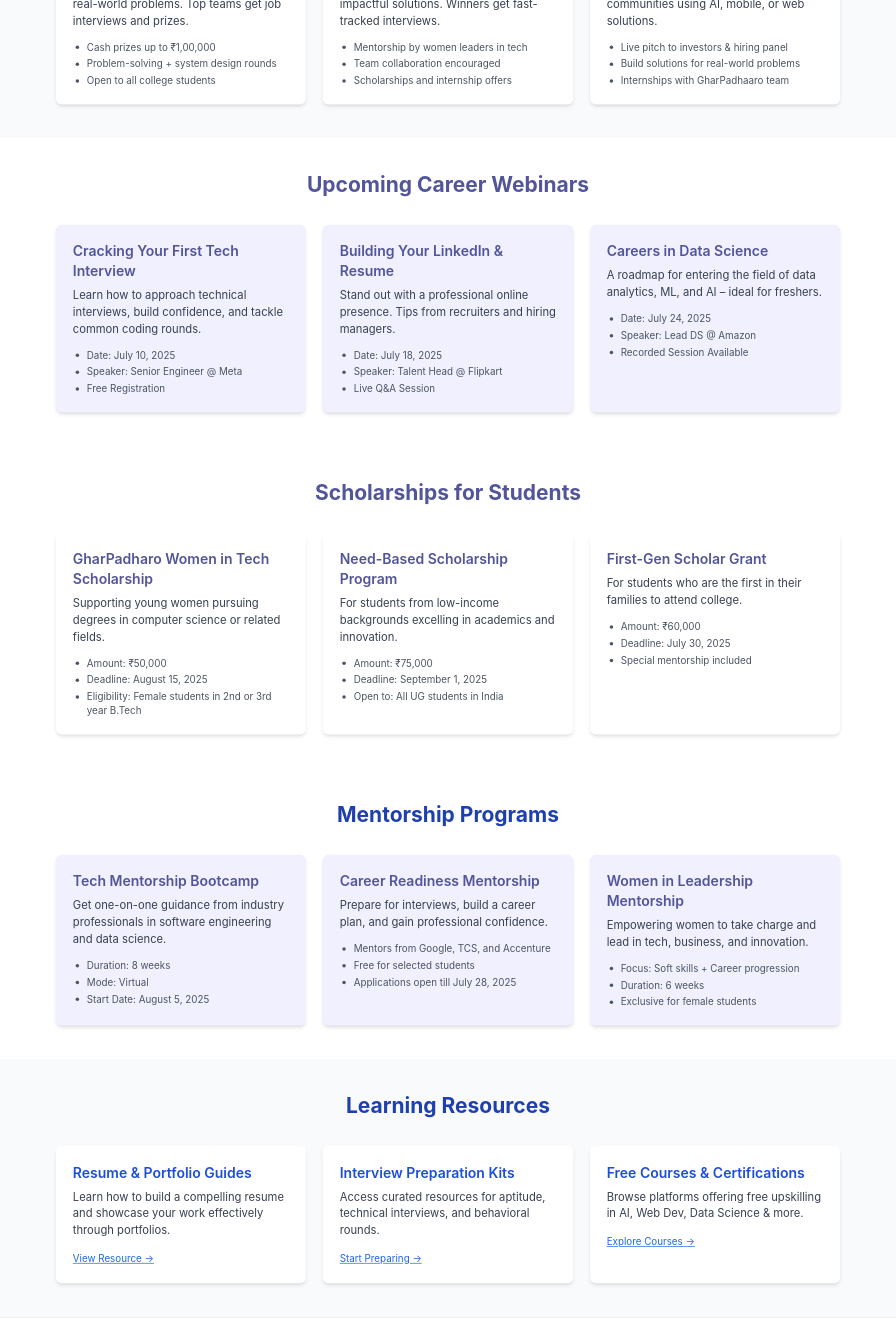
Repository: Siddharthkothiyal/GharPadhaaroCareerWebsite
Page: /#/students
These files come from the project's save history. The page is drawn as it stood at one moment and after the next save; the edit follows.
The browser window is 1280 px wide. The pictures show the part of the page from y = 3173 to 5093 px (the page is 5581 px tall before and 5965 px after), at 70% of full size.
The project was rebuilt for these pictures with package versions that can differ from the ones it lists, and the page was loaded fresh each time. Also part of the build but not shown: src/components/CareerPortal/JobListing/JobListings.css, src/components/CareerPortal/JobListing/JobListings.js, src/components/CareerPortal/Header.css, src/components/CareerPortal/ResumeUpload.css, src/components/CareerPortal/ResumeUpload.js, src/components/CareerPortal/Header.js, src/components/CareerPortal/JobListing/JobSearch.css, src/components/CareerPortal/JobListing/JobSearch.js and 10 more.

Above is the page before, as saved 2025-06-21 22:22:29.

### public/index.html
<!DOCTYPE html>
<html lang="en">

<head>
  <meta charset="utf-8" />
  <link rel="icon" href="%PUBLIC_URL%/favicon.ico" />
  <meta name="viewport" content="width=device-width, initial-scale=1" />
  <meta name="theme-color" content="#000000" />
  <meta name="description" content="GharPadharo - Find your perfect stay" />

  <!-- Font Awesome CDN (latest) -->
  <link rel="stylesheet" href="https://cdnjs.cloudflare.com/ajax/libs/font-awesome/6.5.2/css/all.min.css"
    integrity="sha512-SnH5WK+bZxgPHs44uWIX+LLJAJ9/2PkPKZ5QiAj6Ta86w+fsb2TkcmfRyVX3pBnMFcV7oQPJkl9QevSCWr3W6A=="
    crossorigin="anonymous" referrerpolicy="no-referrer" />

  <link rel="apple-touch-icon" href="%PUBLIC_URL%/logo192.png" />
  <title>GharPadharo</title>
</head>

<body>
  <noscript>You need to enable JavaScript to run this app.</noscript>
  <div id="root"></div>
  <!--
      This HTML file is a template.
      If you open it directly in the browser, you will see an empty page.

      You can add webfonts, meta tags, or analytics to this file.
      The build step will place the bundled scripts into the <body> tag.

      To begin the development, run `npm start` or `yarn start`.
      To create a production bundle, use `npm run build` or `yarn build`.
    -->
</body>

</html>

### src/index.css
@tailwind base;
@tailwind components;
@tailwind utilities;

/* You can keep your custom CSS below if needed */

body {
  margin: 0;
  font-family: -apple-system, BlinkMacSystemFont, 'Segoe UI', 'Roboto', 'Oxygen',
    'Ubuntu', 'Cantarell', 'Fira Sans', 'Droid Sans', 'Helvetica Neue',
    sans-serif;
  -webkit-font-smoothing: antialiased;
  -moz-osx-font-smoothing: grayscale;
}

code {
  font-family: source-code-pro, Menlo, Monaco, Consolas, 'Courier New',
    monospace;
}

### src/components/CareerPortal/CareerPortal.css
/* GharPadharo Career Portal Styles */
:root {
  --gharpadhaaro-blue: #0866ff;
  --gharpadhaaro-blue-dark: #0756d6;
  --gharpadhaaro-gray: #f0f2f5;
  --gharpadhaaro-text: #1c1e21;
  --gharpadhaaro-text-secondary: #65676b;
  --gharpadhaaro-white: #ffffff;
  --gharpadhaaro-border: #dadde1;
  --gharpadhaaro-success: #42b72a;
  --gharpadhaaro-error: #fa383e;
  --gharpadhaaro-shadow: rgba(0, 0, 0, 0.1);
  --gharpadhaaro-radius: 8px;
  --gharpadhaaro-transition: all 0.2s ease;
}

/* Global Styles */
.career-portal {
  font-family: 'Optimistic Display', -apple-system, BlinkMacSystemFont, 'Segoe UI', Roboto, Oxygen, Ubuntu, Cantarell, 'Open Sans', 'Helvetica Neue', sans-serif;
  color: var(--gharpadhaaro-text);
  line-height: 1.5;
  background-color: var(--gharpadhaaro-white);
}

.container {
  max-width: 1200px;
  margin: 0 auto;
  padding: 0 24px;
}

/* Hero Section */
.hero-section {
  background: linear-gradient(135deg, #0866ff 0%, #535699 100%);
  color: var(--meta-white);
  padding: 100px 0;
  text-align: center;
}

.hero-content {
  max-width: 800px;
  margin: 0 auto;
  padding: 0 24px;
}

.hero-content h1 {
  font-size: 48px;
  font-weight: 700;
  margin-bottom: 24px;
  line-height: 1.2;
}

.hero-content p {
  color: black;
  font-size: 20px;
  margin-bottom: 40px;
  margin-left: 70px;

}

/* Job Search Section */
.job-search-section {
  padding: 60px 0;
  background-color: var(--meta-white);
}

.filters-and-results {
  display: grid;
  grid-template-columns: 300px 1fr;
  gap: 30px;
}

/* Featured Teams Section */
.featured-teams-section {
  padding: 80px 0;
  background-color: var(--meta-gray);
}

.featured-teams-section h2 {
  font-size: 36px;
  font-weight: 700;
  margin-bottom: 16px;
  text-align: center;
}

.featured-teams-section p {
  font-size: 18px;
  color: var(--meta-text-secondary);
  max-width: 700px;
  margin: 0 auto 40px;
  text-align: center;
}

/* Buttons */
.btn {
  display: inline-flex;
  align-items: center;
  justify-content: center;
  padding: 12px 24px;
  border-radius: 0px;
  font-weight: 600;
  font-size: 16px;
  cursor: pointer;
  transition: var(--meta-transition);
  border: none;
}

.btn-primary {
  background-color: var(--meta-blue);
  color: var(--meta-white);
}

.btn-primary:hover {
  background-color: var(--meta-blue-dark);
}

.btn-secondary {
  background-color: var(--meta-gray);
  color: var(--meta-text);
  margin-left: 50px;
}

.btn-secondary:hover {
  background-color: #e4e6eb;
}

/* Form Elements */
.input-group {
  position: relative;
  margin-bottom: 16px;
}

.input-field {
  width: 100%;
  padding: 14px 16px;
  border-radius: var(--meta-radius);
  border: 1px solid var(--meta-border);
  font-size: 16px;
  transition: var(--meta-transition);
}

.input-field:focus {
  border-color: var(--meta-blue);
  outline: none;
  box-shadow: 0 0 0 2px rgba(8, 102, 255, 0.2);
}

/* Responsive */
@media (max-width: 992px) {
  .filters-and-results {
    grid-template-columns: 1fr;
  }

  .hero-content h1 {
    font-size: 36px;
  }

  .hero-content p {
    font-size: 18px;
  }
}

@media (max-width: 576px) {
  .hero-content h1 {
    font-size: 28px;
  }

  .hero-content p {
    font-size: 16px;
  }

  .featured-teams-section h2 {
    font-size: 28px;
  }
}

### src/components/Auth/Auth.css
/* Auth.css - Styles for Login and Signup components */

:root {
  --primary-color: #535699; /* GharPadharo blue */
  --secondary-color: #42B72A; /* GharPadharo green */
  --text-color: #1C1E21;
  --light-text: #606770;
  --error-color: #FA383E;
  --border-color: #DADDE1;
  --background-color: #F0F2F5;
  --card-background: #FFFFFF;
  --hover-color: #E7F3FF;
  --focus-shadow: 0 0 0 2px rgba(83, 86, 153, 0.2);
}

/* Auth Container */
.auth-container {
  display: flex;
  justify-content: center;
  align-items: center;
  min-height: 100vh;
  background-color: var(--background-color);
  padding: 20px;
}

/* Auth Card */
.auth-card {
  background-color: var(--card-background);
  border-radius: 8px;
  box-shadow: 0 2px 4px rgba(0, 0, 0, 0.1), 0 8px 16px rgba(0, 0, 0, 0.1);
  width: 100%;
  max-width: 400px;
  padding: 20px;
}

/* Auth Header */
.auth-header {
  text-align: center;
  margin-bottom: 20px;
}

.auth-logo {
  width: 40px;
  height: 40px;
  margin-bottom: 10px;
}

.auth-header h2 {
  font-size: 24px;
  font-weight: 600;
  color: var(--text-color);
  margin: 0;
}

.gharpadharo-logo{
  width: 60px;
  height: 60px;
}

/* Auth Form */
.auth-form {
  display: flex;
  flex-direction: column;
  gap: 16px;
}

.form-group {
  display: flex;
  flex-direction: column;
}

.form-group label {
  font-size: 14px;
  font-weight: 500;
  margin-bottom: 6px;
  color: var(--text-color);
}

.form-group input {
  padding: 12px 14px;
  border: 1px solid var(--border-color);
  border-radius: 6px;
  font-size: 16px;
  transition: border-color 0.2s, box-shadow 0.2s;
}

.form-group input:focus {
  outline: none;
  border-color: #535699;
  box-shadow: var(--focus-shadow);
}

.form-group input.error {
  border-color: var(--error-color);
}

.error-message {
  color: var(--error-color);
  font-size: 12px;
  margin-top: 4px;
}

/* Terms and Privacy */
.terms-privacy {
  font-size: 12px;
  color: 535699;
  margin-bottom: 10px;
  text-align: center;
}

.terms-privacy a {
  color: 535699;
  text-decoration: none;
}

.terms-privacy a:hover {
  text-decoration: underline;
}

/* Auth Button */
.auth-button {
  background-color: #535699;
  color: white;
  border: none;
  border-radius: 6px;
  padding: 12px;
  font-size: 16px;
  font-weight: 600;
  cursor: pointer;
  transition: background-color 0.2s;
  margin-top: 10px;
}

.auth-button:hover {
  background-color: #535699;
}

/* Auth Footer */
.auth-footer {
  margin-top: 20px;
  text-align: center;
}

.forgot-password {
  color: #535699;
  text-decoration: none;
  font-size: 14px;
  display: block;
  margin-bottom: 16px;
}

.forgot-password:hover {
  text-decoration: underline;
}

.auth-redirect {
  font-size: 14px;
  color: var(--light-text);
  margin: 0;
}

.auth-redirect a {
  color: #535699;
  text-decoration: none;
  font-weight: 500;
}

.auth-redirect a:hover {
  text-decoration: underline;
}

/* Responsive adjustments */
@media (max-width: 480px) {
  .auth-card {
    padding: 16px;
  }

  .auth-header h2 {
    font-size: 20px;
  }

  .form-group input {
    padding: 10px 12px;
    font-size: 14px;
  }

  .auth-button {
    padding: 10px;
    font-size: 14px;
  }
}

### src/components/LandingPage/LandingPage.css
/* LandingPage.css - Styles for the landing page */

:root {
  --primary-color: #535699; /* GharPadharo blue */
  --secondary-color: #42B72A; /* GharPadharo green */
  --text-color: #1C1E21;
  --light-text: #606770;
  --border-color: #DADDE1;
  --background-color: #F0F2F5;
  --card-background: #FFFFFF;
  --hover-color: #c8e4ff;
  --focus-shadow: 0 0 0 2px rgba(24, 119, 242, 0.2);
  --border-color: #blue;
  --background-color: #535699;
  --card-background: white;
  --hover-color: #E7F3FF;
  --focus-shadow: 0 0 0 2px rgba(83, 86, 153, 0.2);
}
/* General Styles */
.landing-page {
  font-family: 'Segoe UI', 'Helvetica Neue', sans-serif;
  color: var(--text-color);
  line-height: 1.5;
}

.container {
  max-width: 1200px;
  margin: 0 auto;
  padding: 0 20px;
}

section {
  padding: 60px 0;
}

h1, h2, h3, h4 {
  margin-top: 0;
  font-weight: 600;
}

h1 {
  font-size: 3rem;
  line-height: 1.2;
  margin-bottom: 20px;
}

h2 {
  font-size: 2.25rem;
  margin-bottom: 30px;
  text-align: center;
}

h3 {
  font-size: 1.5rem;
  margin-bottom: 15px;
}

p {
  margin-bottom: 20px;
}

.btn {
  display: inline-block;
  padding: 12px 24px;
  border-radius: 6px;
  font-weight: 600;
  text-decoration: none;
  text-align: center;
  cursor: pointer;
  transition: all 0.2s ease;
  margin-right: 12px;
  margin-bottom: 12px;
}

.btn-primary {
  background-color:  #0CAFFF;
  color: white;
  border: none;
}

.btn-primary:hover {
  background-color: whitesmoke;
  color: black;
}

.btn-secondary {
  background-color: var(--secondary-color);
  color: white;
  border: none;
}

.btn-secondary:hover {
  background-color: whitesmoke;
  color: black;
}

.btn-outline {
  background-color: white;
  color: black;
  border: white;
}

.btn-outline:hover {
  background-color: #0CAFFF;
  color: black;
}

/* Hero Section */
.hero {
  background-color: var(--background-color);
  padding: 80px 0;
}

.hero .container {
  display: flex;
  align-items: center;
  justify-content: space-between;
  gap: 40px;
}

.hero-content {
  flex: 1;
}

.hero-content p {
  font-size: 1.25rem;
  color: 535699;
  margin-bottom: 30px;
  max-width: 900px;
  margin-left: 8.5px;
}

.hero-buttons {
  display: flex;
  flex-wrap: wrap;
}

.hero-image {
  flex: 1;
  display: flex;
  justify-content: center;
  align-items: center;
}

.image-placeholder {
  background-color: 535699;
  border-radius: 12px;
  padding: 20px;
  display: flex;
  justify-content: center;
  align-items: center;
}


/* Features Section */
.features {
  background-color: white;
}

.features-grid {
  display: grid;
  grid-template-columns: repeat(auto-fit, minmax(250px, 1fr));
  gap: 30px;
  margin-top: 40px;
}

.feature-card {
  background-color: var(--card-background);
  border-radius: 12px;
  padding: 30px;
  box-shadow: 0 2px 4px rgba(0, 0, 0, 0.05);
  transition: transform 0.3s ease, box-shadow 0.3s ease;
}

.feature-card:hover {
  transform: scale(1.05);
  box-shadow: 0 10px 20px rgba(0, 0, 0, 0.1);
}

.feature-icon {
  margin-bottom: 20px;
}

.feature-card h3 {
  color: var(--text-color);
}

.feature-card p {
  color: var(--light-text);
  margin-bottom: 0;
}

/* Teams Section */
.teams-section {
  background-color: var(--background-color);
}

.section-description {
  text-align: center;
  max-width: 700px;
  margin: 0 auto 40px;
  color:white;
  font-size: 1.1rem;
}

.teams-carousel {
  display: grid;
  grid-template-columns: repeat(auto-fit, minmax(250px, 1fr));
  gap: 20px;
  margin-top: 30px;
}

.team-item {
  background-color: white;
  border-radius: 8px;
  padding: 25px;
  box-shadow: 0 2px 4px rgba(0, 0, 0, 0.05);
  transition: transform 0.3s ease;
}

.team-item:hover {
  transform: translateY(-5px);
}

.team-item h3 {
  color: var(--primary-color);
  margin-bottom: 10px;
}

.team-item p {
  color: var(--light-text);
  margin-bottom: 15px;
}

.team-link {
  color: var(--primary-color);
  text-decoration: none;
  font-weight: 600;
  display: inline-flex;
  align-items: center;
}

.team-link span {
  margin-left: 5px;
  transition: transform 0.2s ease;
}

.team-link:hover span {
  transform: translateX(3px);
}

/* Testimonials Section */
.testimonials {
  background-color: white;
}

.testimonial-card {
  max-width: 800px;
  margin: 0 auto;
  background-color: var(--card-background);
  border-radius: 12px;
  padding: 40px;
  box-shadow: 0 4px 12px rgba(0, 0, 0, 0.08);
  position: relative;
}

.quote-mark {
  font-size: 60px;
  color: var(--primary-color);
  opacity: 0.2;
  position: absolute;
  top: 20px;
  left: 20px;
  line-height: 1;
}

.testimonial-text {
  font-size: 1.25rem;
  line-height: 1.6;
  margin-bottom: 30px;
  position: relative;
  z-index: 1;
}

.testimonial-author {
  display: flex;
  align-items: center;
}

.author-avatar {
  width: 50px;
  height: 50px;
  border-radius: 50%;
  background-color: var(--primary-color);
  margin-right: 15px;
}

.author-info h4 {
  margin: 0;
  font-size: 1.1rem;
}

.author-info p {
  margin: 5px 0 0;
  color: var(--light-text);
  font-size: 0.9rem;
}

/* CTA Section */
.cta-section {
  background-color: var(--primary-color);
  color: white;
  text-align: center;
  padding: 80px 0;
}

.cta-section h2 {
  color: white;
  margin-bottom: 15px;
}

.cta-section p {
  color: rgba(255, 255, 255, 0.9);
  font-size: 1.2rem;
  margin-bottom: 30px;
  max-width: 700px;
  margin-left: auto;
  margin-right: auto;
}

.cta-buttons {
  display: flex;
  justify-content: center;
  flex-wrap: wrap;
  gap: 15px;
}

.cta-section .btn-primary {
  background-color: #42B72A;
  color:black;
}

.cta-section .btn-primary:hover {
  background-color: #f5f5f5;
}

.cta-section .btn-secondary {
  background-color: transparent;
  color: white;
  border: 1px solid white;
}

.cta-section .btn-secondary:hover {
  background-color: rgba(255, 255, 255, 0.1);
}

/* Responsive Styles */
@media (max-width: 992px) {
  h1 {
    font-size: 2.5rem;
  }

  h2 {
    font-size: 2rem;
  }

  .hero .container {
    flex-direction: column;
  }

  .hero-content, .hero-image {
    flex: none;
    width: 100%;
    text-align: center;
  }

  .hero-content p {
    margin-left: auto;
    margin-right: auto;
  }

  .hero-buttons {
    justify-content: center;
  }
}

@media (max-width: 768px) {
  section {
    padding: 40px 0;
  }

  h1 {
    font-size: 2rem;
  }

  h2 {
    font-size: 1.75rem;
  }

  .features-grid, .teams-carousel {
    grid-template-columns: 1fr;
  }

  .testimonial-card {
    padding: 30px 20px;
  }

  .testimonial-text {
    font-size: 1.1rem;
  }
}

### src/components/CareerPortal/StudentsPage/sections/Webinars.js
import React from "react";

const Webinars = () => {
  return (
    <section className="py-12 bg-white">
      <div className="max-w-6xl mx-auto px-4">
        <h2 className="text-3xl font-bold text-center text-[#525599] mb-10">
          Upcoming Career Webinars
        </h2>

        <div className="grid md:grid-cols-3 gap-6">
          {/* Webinar 1 */}
          <div className="bg-[#f0f0ff] rounded-lg shadow-md p-6 hover:shadow-lg transition">
            <h3 className="text-xl font-semibold text-[#525599] mb-2">
              Cracking Your First Tech Interview
            </h3>
            <p className="text-gray-700 mb-4">
              Learn how to approach technical interviews, build confidence, and tackle common coding rounds.
            </p>
            <ul className="text-sm text-gray-600 list-disc pl-5 space-y-1">
              <li>Date: July 10, 2025</li>
              <li>Speaker: Senior Engineer @ Meta</li>
              <li>Free Registration</li>
            </ul>
          </div>

          {/* Webinar 2 */}
          <div className="bg-[#f0f0ff] rounded-lg shadow-md p-6 hover:shadow-lg transition">
            <h3 className="text-xl font-semibold text-[#525599] mb-2">
              Building Your LinkedIn & Resume
            </h3>
            <p className="text-gray-700 mb-4">
              Stand out with a professional online presence. Tips from recruiters and hiring managers.
            </p>
            <ul className="text-sm text-gray-600 list-disc pl-5 space-y-1">
              <li>Date: July 18, 2025</li>
              <li>Speaker: Talent Head @ Flipkart</li>
              <li>Live Q&A Session</li>
            </ul>
          </div>

          {/* Webinar 3 */}
          <div className="bg-[#f0f0ff] rounded-lg shadow-md p-6 hover:shadow-lg transition">
            <h3 className="text-xl font-semibold text-[#525599] mb-2">
              Careers in Data Science
            </h3>
            <p className="text-gray-700 mb-4">
              A roadmap for entering the field of data analytics, ML, and AI – ideal for freshers.
            </p>
            <ul className="text-sm text-gray-600 list-disc pl-5 space-y-1">
              <li>Date: July 24, 2025</li>
              <li>Speaker: Lead DS @ Amazon</li>
              <li>Recorded Session Available</li>
            </ul>
          </div>
        </div>
      </div>
    </section>
  );
};

export default Webinars;

Loaded but not shown: src/index.js (common file); src/reportWebVitals.js (common file); src/App.css (common file); tailwind.config.js (common file); src/components/CareerPortal/StudentsPage/sections/Internships.js (102 lines, source omitted); src/components/CareerPortal/StudentsPage/sections/FreshersJob.js (102 lines, source omitted); src/components/CareerPortal/StudentsPage/sections/FAQs.js (76 lines, source omitted); src/components/CareerPortal/StudentsPage/sections/Hackathons.js (62 lines, source omitted); src/components/CareerPortal/StudentsPage/sections/EarlyCareers.js (74 lines, source omitted); src/components/CareerPortal/StudentsPage/sections/Mentorship.js (62 lines, source omitted); src/components/CareerPortal/StudentsPage/sections/Resources.js (71 lines, source omitted); src/components/CareerPortal/StudentsPage/sections/Scholarships.js (62 lines, source omitted); src/App.js (49 lines, source omitted); src/components/CareerPortal/StudentsPage/StudentsPage.js (66 lines, source omitted)

After the next save:
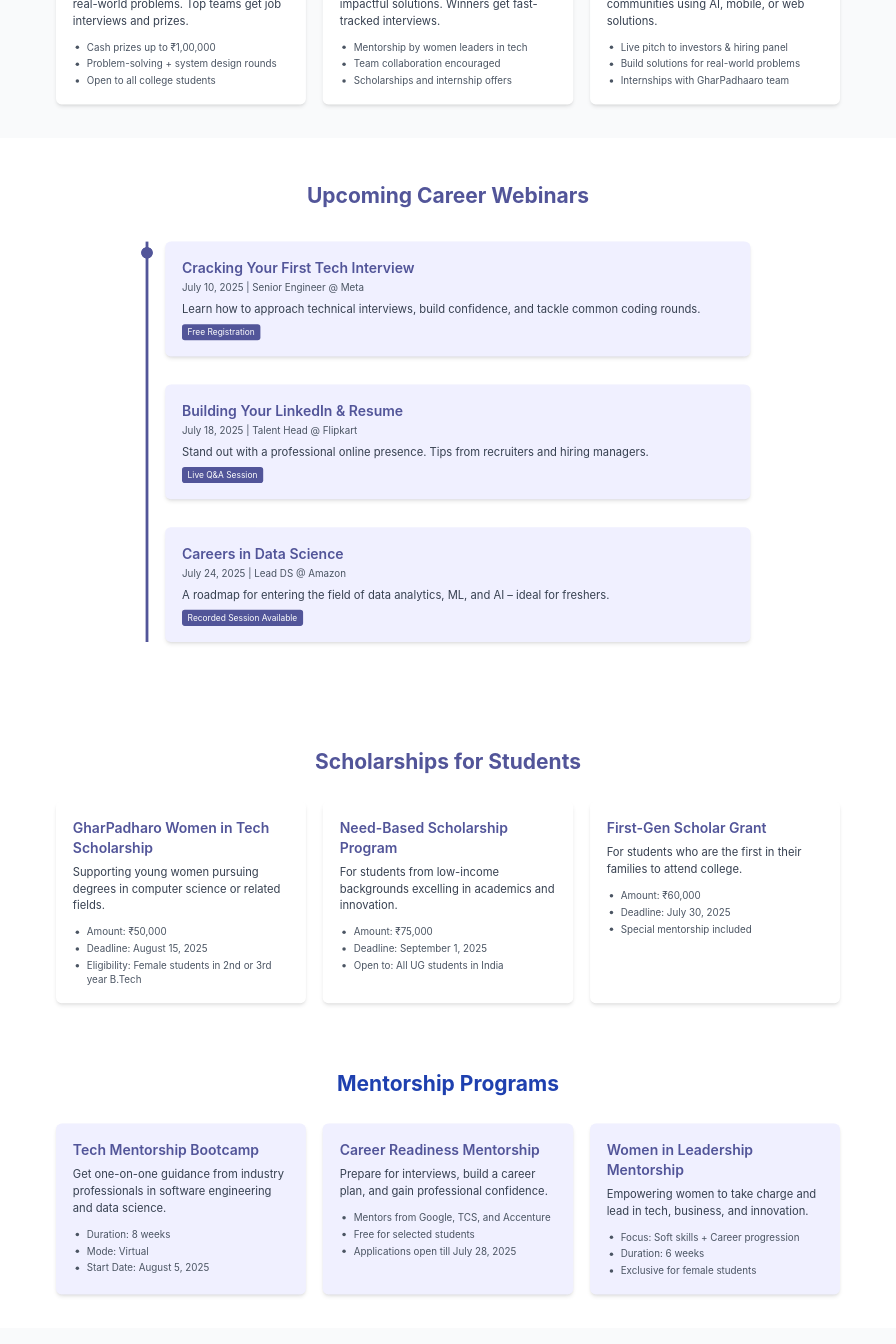
Saved 2 min 0 s later.
--- a/src/components/CareerPortal/StudentsPage/sections/Webinars.js
+++ b/src/components/CareerPortal/StudentsPage/sections/Webinars.js
@@ -2,56 +2,56 @@ import React from "react";
 
 const Webinars = () => {
   return (
-    <section className="py-12 bg-white">
-      <div className="max-w-6xl mx-auto px-4">
-        <h2 className="text-3xl font-bold text-center text-[#525599] mb-10">
+    <section className="py-16 bg-white">
+      <div className="max-w-4xl mx-auto px-4">
+        <h2 className="text-3xl font-bold text-center text-[#525599] mb-12">
           Upcoming Career Webinars
         </h2>
 
-        <div className="grid md:grid-cols-3 gap-6">
+        <div className="relative border-l-4 border-[#525599]">
           {/* Webinar 1 */}
-          <div className="bg-[#f0f0ff] rounded-lg shadow-md p-6 hover:shadow-lg transition">
-            <h3 className="text-xl font-semibold text-[#525599] mb-2">
-              Cracking Your First Tech Interview
-            </h3>
-            <p className="text-gray-700 mb-4">
-              Learn how to approach technical interviews, build confidence, and tackle common coding rounds.
-            </p>
-            <ul className="text-sm text-gray-600 list-disc pl-5 space-y-1">
-              <li>Date: July 10, 2025</li>
-              <li>Speaker: Senior Engineer @ Meta</li>
-              <li>Free Registration</li>
-            </ul>
+          <div className="mb-10 ml-6">
+            <div className="absolute w-4 h-4 bg-[#525599] rounded-full -left-2.5 top-2"></div>
+            <div className="bg-[#f0f0ff] p-6 rounded-lg shadow-md">
+              <h3 className="text-xl font-semibold text-[#525599] mb-1">
+                Cracking Your First Tech Interview
+              </h3>
+              <p className="text-sm text-gray-600 mb-2">July 10, 2025 | Senior Engineer @ Meta</p>
+              <p className="text-gray-700 mb-2">
+                Learn how to approach technical interviews, build confidence, and tackle common coding rounds.
+              </p>
+              <span className="text-xs bg-[#525599] text-white py-1 px-2 rounded">Free Registration</span>
+            </div>
           </div>
 
           {/* Webinar 2 */}
-          <div className="bg-[#f0f0ff] rounded-lg shadow-md p-6 hover:shadow-lg transition">
-            <h3 className="text-xl font-semibold text-[#525599] mb-2">
-              Building Your LinkedIn & Resume
-            </h3>
-            <p className="text-gray-700 mb-4">
-              Stand out with a professional online presence. Tips from recruiters and hiring managers.
-            </p>
-            <ul className="text-sm text-gray-600 list-disc pl-5 space-y-1">
-              <li>Date: July 18, 2025</li>
-              <li>Speaker: Talent Head @ Flipkart</li>
-              <li>Live Q&A Session</li>
-            </ul>
+          <div className="mb-10 ml-6">
+            <div className="absolute w-4 h-4 bg-[#525599] rounded-full -left-2.5 top-2"></div>
+            <div className="bg-[#f0f0ff] p-6 rounded-lg shadow-md">
+              <h3 className="text-xl font-semibold text-[#525599] mb-1">
+                Building Your LinkedIn & Resume
+              </h3>
+              <p className="text-sm text-gray-600 mb-2">July 18, 2025 | Talent Head @ Flipkart</p>
+              <p className="text-gray-700 mb-2">
+                Stand out with a professional online presence. Tips from recruiters and hiring managers.
+              </p>
+              <span className="text-xs bg-[#525599] text-white py-1 px-2 rounded">Live Q&A Session</span>
+            </div>
           </div>
 
           {/* Webinar 3 */}
-          <div className="bg-[#f0f0ff] rounded-lg shadow-md p-6 hover:shadow-lg transition">
-            <h3 className="text-xl font-semibold text-[#525599] mb-2">
-              Careers in Data Science
-            </h3>
-            <p className="text-gray-700 mb-4">
-              A roadmap for entering the field of data analytics, ML, and AI – ideal for freshers.
-            </p>
-            <ul className="text-sm text-gray-600 list-disc pl-5 space-y-1">
-              <li>Date: July 24, 2025</li>
-              <li>Speaker: Lead DS @ Amazon</li>
-              <li>Recorded Session Available</li>
-            </ul>
+          <div className="mb-10 ml-6">
+            <div className="absolute w-4 h-4 bg-[#525599] rounded-full -left-2.5 top-2"></div>
+            <div className="bg-[#f0f0ff] p-6 rounded-lg shadow-md">
+              <h3 className="text-xl font-semibold text-[#525599] mb-1">
+                Careers in Data Science
+              </h3>
+              <p className="text-sm text-gray-600 mb-2">July 24, 2025 | Lead DS @ Amazon</p>
+              <p className="text-gray-700 mb-2">
+                A roadmap for entering the field of data analytics, ML, and AI – ideal for freshers.
+              </p>
+              <span className="text-xs bg-[#525599] text-white py-1 px-2 rounded">Recorded Session Available</span>
+            </div>
           </div>
         </div>
       </div>
